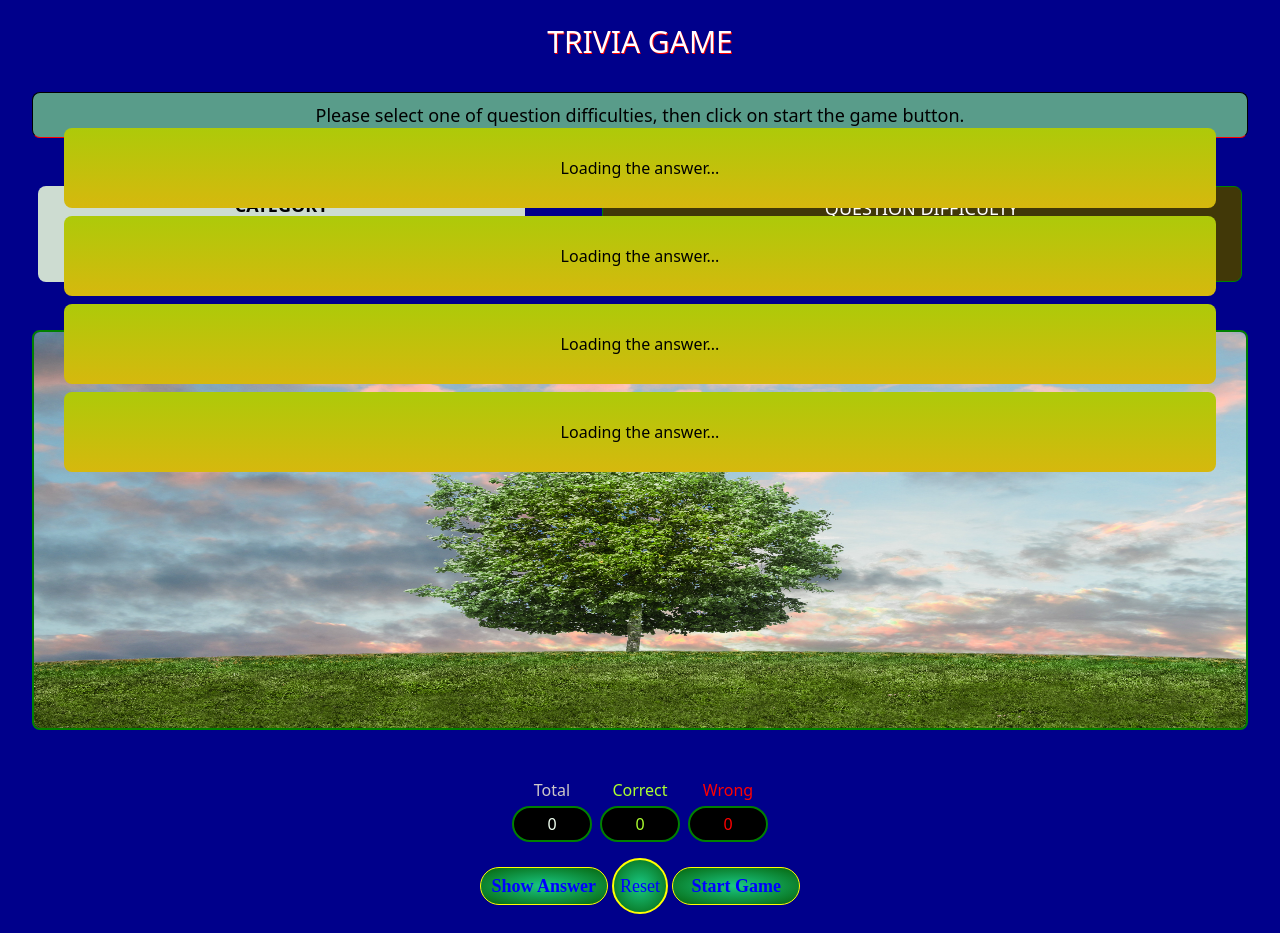
Repository: ShindanoSingi/bembe-trivia
Page: index.html
The author's editor kept a copy of each file at every save. The page is drawn from the files as they stood at one save, then again after the next save.
The browser window is 1280 px wide. The pictures show the whole page.
Some web libraries are served in a nearby version.

Above is the page before, as saved 2022-09-08 01:24:31.

### index.html
<!DOCTYPE html>
<html lang="en">

    <head>
        <meta charset="UTF-8">
        <meta http-equiv="X-UA-Compatible" content="IE=edge">
        <meta name="viewport" content="width=device-width, initial-scale=1.0">
        <link rel="stylesheet" href="style.css">
        <script src="https://cdn.tailwindcss.com"></script>
        <title>Trivia Game</title>
    </head>

    <body class="">
        <div class="containerBox max-h-[100vh] my-2 flex flex-col gap-[3rem]">
            <h1 class="text-center text-3xl relative top-4" >TRIVIA GAME</h1>
            <div class="questionBox text-center w-[95vw] md:text-lg h-[6.5rem] p-2 md:p-2 mx-auto rounded-lg">
                Please select one of question difficulties, then click on start the game button.
            </div>
            <div class="category-and-difficulty-container items-center justify-around flex">
                <div class="category-container w-[38vw] md:h-[6rem] h-[4.5rem] bg-[#CDDCD1] flex items-center flex-col py-[0.3rem] rounded-lg">
                    <div class="labelCategory text-sm md:text-lg font-bold md:font-bold text-black">CATEGORY</div>
                    <div class="category text-sm md:text-lg text-center p-1 rounded-lg">
                        Loading category...
                    </div>
                </div>
                <div class="qDifficultyBox w-[50vw] pb-1 rounded-lg items-center flex h-[4.5rem] md:h-[6rem] justify-around flex-col">
                        <div id="question" class="qCat md:text-lg text-sm">QUESTION DIFFICULTY</div>
                        <div class="difficulties-container md:flex md:space-x-6 flex gap-1">
                            <button class="difficulty px-1.5 md:w-[6rem] text-sm md:text-lg rounded-full" id="easy">Easy</button>
                            <button class="difficulty md:w-[6rem] px-1.5 rounded-full md:text-lg text-sm" id="medium">Medium</button>
                            <button class="difficulty md:w-[6rem] px-1.5 text-sm md:text-lg rounded-full" id="hard">Hard</button>
                    </div>
                </div>
            </div>
            <div class="imgAndQuestions">
                <img class="w-[95vw] h-[25rem] mx-auto" src="pexels-skitterphoto-9198.jpg" alt="nature image">
                <div class="answersButtons absolute md:absolute md:bottom-[15.5rem] bottom-[17.2rem] ml-[5vw] flex space-y-2 items-center  flex-col">
                    <button class="showAnswer w-[90vw] p-1 absolute bottom-[17rem] mx-auto text-sm h-[5rem]">Loading the answer...</button>
                    <button class="response w-[90vw] p-1 text-center text-md h-[5rem]" id="response1">Loading the answer...</button>
                    <button class="response w-[90vw] p-1 text-md h-[5rem]" id="response2">Loading the answer...</button>
                    <button class="response w-[90vw] p-1 text-md h-[5rem]" id="response3">Loading the answer...</button>
                    <button class="response w-[90vw] p-1 text-md h-[5rem]" id="response4">Loading the answer...</button>
                    </div>
                </div>

            <div id="bottomPart" class="flex  mx-auto flex-col items-center gap-4">
                <div class="labelsAndButtons relative left-1 flex space-x-2">
                    <div class="question-number flex flex-col items-center">
                        <p class="labels pb-1" id="labelQ">Total</p>
                        <div class="bottombuttons w-[5rem] text-center py-1" id="questionNumber">0</div>
                    </div>
                    <div class="correct-answers flex flex-col items-center">
                        <p class="labels pb-1" id="labelC">Correct</p>
                        <div class="bottombuttons w-[5rem] text-center py-1" id="correct">0</div>
                    </div>
                    <div class="wrong-answers flex flex-col items-center">
                        <p class="labels pb-1" id="labelW">Wrong</p>
                        <div class="bottombuttons w-[5rem] text-center py-1" id="wrong">0</div>
                    </div>
                    <div class="timerQuestionCorrectWrong"></div>
                </div>
                <div class="threeBottomButtons">
                    <button class="w-[8rem] text-lg py-1" id="showAnswer">Show Answer</button>
                    <button class="reset text-lg p-1 w-[3.5rem] h-[3.5rem] rounded-full">Reset</button>
                    <button class="startGame text-lg w-[8rem] py-1">Start Game</button>
                </div>
            </div>
            </div>
        <script src="./script.js"></script>
    </body>
</html>

### style.css

/* iPhone 8 and smaller */

    /*  Set h1 text to red */
    h1 {
        color: #fff;
        text-shadow: 0.05rem 0.05rem red;
    }

    /* The box containing the question */
    .questionBox {
        color: rgb(0, 0, 0);
        border: 0.02rem solid;
        background-color: rgb(89, 156, 138);
        border-bottom-color: red;
    }

    /* Label for category */
    .labelCategory {
        color: white;
    }

    /* The show answer message box */
    .showAnswer {
        color: honeydew;
        visibility: hidden;
        border: 0.1rem solid green;
        border-radius: 0.5rem;
        background-color:rgb(2, 27, 3);
    }
    /*  Individual difficulty button */
    .difficulty {
        background-image: linear-gradient(rgb(16, 221, 142), rgb(4, 58, 7));
        border: 0.2rem solid rgb(21, 139, 35);
        color: white;
    }

    /*  Class containing all difficulty buttons */
    .difficulties-container {
        border-color: green;
    }
    /* The box containing difficulty buttons */
    .qDifficultyBox {
        border: 0.14vh solid green;
        background-color: rgb(65, 56, 8);
        color: white;
    }

    /* image */
    img {
        border: 0.15rem solid green;
        border-radius: 0.5rem;
    }
    /* all response buttons */
    .response {
        border-color: green;
        background-image: linear-gradient(rgb(173, 202, 9), rgb(214, 184, 14));
        color: black;
        border-radius: 0.5rem;
    }
    /* All response buttons */
    .response:hover {
        background-image: linear-gradient(rgb(32, 90, 165), rgb(72, 168, 192));
    }

    /* Show answer button */
    #showAnswer {
        color: blue;
        border: 0.54vh solid green;
        border: 0.27vh solid yellow;
        border-radius: 20rem;
        font-family: cursive;
        font-weight: bold;
        background-image: radial-gradient(rgb(25, 201, 133), rgb(6, 99, 10));
    }
    #showAnswer:hover {
        background-image: radial-gradient(rgb(201, 25, 25), rgb(93, 99, 6));
        color: white;
    }
    /* Start game button */
    .startGame {
        color: blue;
        border: 0.54vh solid green;
        border: 0.27vh solid yellow;
        border-radius: 20rem;
        font-family: cursive;
        font-weight: bold;
        background-image: radial-gradient(rgb(25, 201, 133), rgb(6, 99, 10));
    }
    /* Start game button */
    .startGame:hover {
        background-image: radial-gradient(rgb(201, 25, 25), rgb(93, 99, 6));
        color: white;
    }
    /* Reset button */
    .reset {
        color: blue;
        border: 0.5rem solid green;
        border: 0.15rem solid yellow;
        font-family: cursive;
        background-image: radial-gradient(rgb(25, 201, 133), rgb(6, 99, 10));
    }
    /* Reset button */
    .reset:hover {
        background-image: radial-gradient(rgb(201, 25, 25), rgb(93, 99, 6));
        color: white;
    }

    /* Class containing the 3 bottom labels  (total questions, correct answers and wrong answers) */
    .question-number {
        color: rgb(205, 200, 200);
    }

    .correct-answers {
        color: greenyellow;
    }

    .wrong-answers {
        color: red;
    }

    /* The bottom boxes for total question number, correct answers and wrong answers */
    .bottombuttons {
        border: 0.15rem solid green;
        background-color: black;
        color: honeydew;
        border-radius: 2rem;
    }

    /* Set the wrong anser to red */
    #wrong {
        color: rgb(255, 0, 0);
    }
    /* Set the correct anser to green */
    #correct {
        color: greenyellow;
    }

    /* Change the color when "easy" button is hovered over */
    #easy:hover {
        background-image: linear-gradient(rgb(202, 9, 9), rgb(214, 184, 14));
    }
    /* Change the color when "easy" button is hovered over */
    #medium:hover {
        background-image: linear-gradient(rgb(202, 9, 9), rgb(214, 184, 14));
    }
    /* Change the color when "easy" button is hovered over */
    #hard:hover {
        background-image: linear-gradient(rgb(202, 9, 9), rgb(214, 184, 14));
    }

    body {
      background-color: darkblue;
    }

### script.js
// Declaring variables

// Capture win window
let winWindow = document.querySelector('.win');

// Declae win reset button
let winResetButton = document.querySelector('.winReset');

// define lose reset button
let loseResetButton = document.querySelector('.loseReset');

// define lose window
let loseWindow = document.querySelector('.lose');

// define win image
let winImage = document.querySelector('.winImage')

// define a message if the payer loses the game
let loseMessage = document.querySelector('#losePar');

// define
let video = document.querySelector('#myVideo');

// Get Body content
let body = document.querySelector('body');

// This will hold category information
let category = document.querySelector('.category');

// This will hold the question
let question = document.querySelector('.questionBox');

// This is for all response buttons
let answerButtons = document.querySelector('.answersButtons');

// Define difficulty buttons
let difficultyButtons = document.querySelector('.difficulties-container');

// Define image
let image = document.querySelector('img');

// Define audio button
let audioButton = document.querySelector('.audio');

// Declaring individual difficulty buttons
let easyButton = document.querySelector('#easy');
let mediumButton = document.querySelector('#medium');
let hardButton = document.querySelector('#hard');

// This is for individual responses
let response1 = document.querySelector('#response1');
let response2 = document.querySelector('#response2');
let response3 = document.querySelector('#response3');
let response4 = document.querySelector('#response4');

// Define the total number of questions' box.
let totNumQuestionsBox = document.querySelector('#questionNumber');

// This will hold number of correct answers
let cAnswer = document.querySelector('#correct');

// This will hold number of wrong answers
let wAnswer = document.querySelector('#wrong');

// Define the "show answer" button
let showAnswerButton = document.querySelector('#showAnswer');

let corrAnswer;

// Create new audio objects
// Code source: https://www.w3schools.com/jsref/met_audio_play.asp
let audio = new Audio('general-logo-13395.mp3');

let questionscoreCount = 0;
let correctAnswerScoreCount = 0;
let wrongAnswerscoreCount = 0;
let scoreCount = 0;
let clear = '';
let difficulty = '';

// Set winning scoreCount
let winningscoreCount = 6;

let highscoreCount = 0;

let startGame = document.querySelector('.startGame');

// Takes the response from fetch
let triviaQuestion;

// Define a global url which will be accessed by multiple functions
let url;

// Array of all Images/jpg
// https://www.pexels.com/search/environment/
let arrayImages = [];
arrayImages.push('pexels-ákos-szabó-440731.jpg');
arrayImages.push('pexels-atikul-haque-rafat-679598.jpg');
arrayImages.push('pexels-felix-mittermeier-957024.jpg');
arrayImages.push('pexels-ian-turnell-709552.jpg');
arrayImages.push('pexels-karolina-grabowska-5750182.jpg');
arrayImages.push('pexels-mahima-1250260.jpg');
arrayImages.push('pexels-mali-maeder-142497.jpg');
arrayImages.push('pexels-matthias-cooper-580900.jpg');
arrayImages.push('pexels-min-an-1131458.jpg');
arrayImages.push('pexels-minamarie-michell-570041.jpg');
arrayImages.push('pexels-olya-kobruseva-5236397.jpg');
arrayImages.push('pexels-pixabay-33044.jpg');
arrayImages.push('pexels-pixabay-221012.jpg');
arrayImages.push('pexels-pixabay-235615.jpg');
arrayImages.push('pexels-pixabay-259280.jpg');
arrayImages.push('pexels-pixabay-302804.jpg');
arrayImages.push('pexels-pixabay-414090.jpg');
arrayImages.push('pexels-pixabay-459225.jpg');
arrayImages.push('pexels-pixabay-459225.jpg');
arrayImages.push('pexels-pixabay-460621.jpg');
arrayImages.push('pexels-scott-webb-1048033.jpg');
arrayImages.push('pexels-skitterphoto-9198.jpg');
arrayImages.push('pexels-sohail-na-807598.jpg');

// for correct and wrong answer song; source code:
// https://www.dreamstime.com/stock-music-sound-effect/wrong-answer-answer.html

// Reset the game when the "Reset" button is clicked
let resetButton = document.querySelector('.reset');
resetButton.addEventListener('click', () => {

    // Code source: https://www.w3schools.com/jsref/met_audio_play.asp
    audio.volume = 0.2;

    // Refresh the page/window
    window.location.reload();
});

// Assign color to all answer buttons and call "play" function
let startButton = () => {

    // Increament the score count.
    scoreCount++;

    // Select all responses buttons.
    let responses = document.querySelectorAll('.response');
    responses.forEach(response => {
        response.style.backgroundImage = 'linear-gradient(rgb(173, 202, 9), rgb(57, 14, 214));'
    })

    // When the "Start The Game" button is presNexted, Call "play" function
    play();
}

// Select difficulty buttons
difficultyButtons.addEventListener('click', e => {

    // Target the element/button by its id.
    difficulty = e.target.id;

    // Only change the color "easy" button is selected, then enable "Start The Game"
    if (difficulty === 'easy') {

        // Only change the background of "easy button" to a different color, and let other bottons'
        // colors unchanged.
        e.target.style.backgroundImage = 'linear-gradient(rgb(9, 25, 202), rgb(81, 14, 214))';
        mediumButton.style.backgroundImage = `linear-gradient(rgb(16, 221, 142), rgb(4, 58, 7))`;
        hardButton.style.backgroundImage = `linear-gradient(rgb(16, 221, 142), rgb(4, 58, 7))`;

        // Start the Game when "Start The Game" is clicked
        let startGame = document.querySelector('.startGame');
        startGame.addEventListener('click', () => {
            startButton();
        });
    }

    // Only change the color "medium" button is selected, then enable "Start The Game"
    else if (difficulty === 'medium') {

        // Only change the background of "medium button" to a different color, and let other bottons'
        // colors unchanged.
        e.target.style.backgroundImage = 'linear-gradient(rgb(9, 25, 202), rgb(81, 14, 214))';
        easyButton.style.backgroundImage = `linear-gradient(rgb(16, 221, 142), rgb(4, 58, 7))`;
        hardButton.style.backgroundImage = `linear-gradient(rgb(16, 221, 142), rgb(4, 58, 7))`;

        // Start the Game when "Start The Game" is clicked
        startGame.addEventListener('click', () => {
            startButton();
        });
    }

    // Only change the color "hard" button is selected, then enable "Start The Game"
    else if (difficulty === 'hard') {

        // Only change the background of "hard button" to a different color, and let other bottons'
        // colors unchanged.
        e.target.style.backgroundImage = 'linear-gradient(rgb(9, 25, 202), rgb(81, 14, 214))';
        mediumButton.style.backgroundImage = `linear-gradient(rgb(16, 221, 142), rgb(4, 58, 7))`;
        easyButton.style.backgroundImage = `linear-gradient(rgb(16, 221, 142), rgb(4, 58, 7))`;



        // Start the Game when "Start The Game" is clicked
        startGame.addEventListener('click', () => {
            startButton();
        });
    }

    // Return the value of the chosen difficulty button.
    return difficulty;
})



// Play the game when the start game button is click.
function play() {

    // Define and get a random number
    // Source: https://www.w3schools.com/jsref/jsref_random.asp
    let randomQuestion = Math.floor(Math.random() * 10 + 9);

    // Get the question from the API
    // Source: https://opentdb.com/api_config.php
    url = `https://opentdb.com/api.php?amount=50&difficulty=${difficulty}&type=multiple`

    // Define an empty array that will hold the correct answer and 3 wrong answers
    let arr = [];

    // fetch the the result for the above url.
    fetch(url)
        .then(res => {
            return res.json()
        })

        .then(res => {

            triviaQuestion = res;

            // Capture the correct from the response
            corrAnswer = res.results[0].correct_answer;

            arr.push(res.results[0].correct_answer);
            arr.push(res.results[0].incorrect_answers[0])
            arr.push(res.results[0].incorrect_answers[2])
            arr.push(res.results[0].incorrect_answers[1])

            category.innerHTML = res.results[0].category
            question.innerHTML = res.results[0].question

            // Assigning answers to answers buttons
            response1.innerHTML = arr[0];
            response2.innerHTML = arr[1];
            response3.innerHTML = arr[2];
            response4.innerHTML = arr[3];

            // Shuffling the array to avoid answers pattern.
            for (let i = arr.length - 1; i > 0; i--) {
                let j = Math.floor(Math.random() * (i + 1))

                let tempNum = arr[i];
                arr[i] = arr[j];
                arr[j] = tempNum;
            }
        })
}


// Track the clicking event of each answerButton
answerButtons.addEventListener('click', (event) => {

    // Check if the selected answer is equal to correct answer
    if (event.target.innerText === triviaQuestion.results[0].correct_answer) {

        // Increment total number of question
        scoreCount++;

        // Increament the the number of correct answers.
        correctAnswerScoreCount++;

        // Write the correct answer in the correct answer box
        cAnswer.innerText = correctAnswerScoreCount;

        for (let i = arrayImages.length - 1; i > 0; i--) {
            let j = Math.floor(Math.random() * (i + 1))

            let tempNum = arrayImages[i];
            arrayImages[i] = arrayImages[j];
            arrayImages[j] = tempNum;
        }

        // Play a random video
        image.src = arrayImages[1];

        // Set the background of the correct answer to green
        event.target.style.backgroundImage = `linear-gradient(rgb(0, 255, 106),
        rgb(9, 106, 28))`;

        // Call the next question
        nextQuestion()
    }

    // Check if the selected answer is not equal to the correct answer
    else if (event.target.innerText !== triviaQuestion.results[0].correct_answer) {

        // Play this audio if the answer is incorrect
        let audioWrongAnswer = new Audio('wrongAnswer.mp3');


        for (let i = arrayImages.length - 1; i > 0; i--) {
            let j = Math.floor(Math.random() * (i + 1))

            let tempNum = arrayImages[i];
            arrayImages[i] = arrayImages[j];
            arrayImages[j] = tempNum;
        }

        // Play a random video
        image.src = arrayImages[0];

        // Incremment scoreCount
        scoreCount++;

        // Increament the the number of incorrect answers.
        wrongAnswerscoreCount++;

        // Set the background of the correct answer to red
        event.target.style.backgroundImage = 'linear-gradient(rgb(220, 7, 7), #fa0a0a)';

        // Write the incorrect answer in the wrong answer box
        wAnswer.innerHTML = wrongAnswerscoreCount;
    }

    // Call the next question
    nextQuestion();
})

// Refresh the window reset all numbers to 0 and all texts to empty.
function refreshWindow() {
    window.location.reload()
}

// This function runs when the player calls for the next question.
function nextQuestion() {


    // Source: https://www.w3schools.com/jsref/jsref_random.asp
    let randomQuestions = Math.floor(Math.random() * 10 + 9);

    let urlNext = `https://opentdb.com/api.php?amount=1&category=${randomQuestions}&type=multiple`

    let arrNext = [];

    fetch(urlNext)
        .then(resNext => {
            return resNext.json()
        })

        .then(resNext => {

            // Capture the correct from the response
            corrAnswer = resNext.results[0].correct_answer;

            // Assign the response from fetch to triviaQuestion
            triviaQuestion = resNext;

            arrNext.push(resNext.results[0].correct_answer);
            arrNext.push(resNext.results[0].incorrect_answers[0])
            arrNext.push(resNext.results[0].incorrect_answers[2])
            arrNext.push(resNext.results[0].incorrect_answers[1])

            // Shuffling the array to avoid answers pattern.
            // source: https://www.geeksforgeeks.org/how-to-shuffle-an-array-using-javascript/

            for (let i = arrNext.length - 1; i > 0; i--) {
                let j = Math.floor(Math.random() * (i + 1))

                let tempNums = arrNext[i];
                arrNext[i] = arrNext[j];
                arrNext[j] = tempNums;
            }

            // Assigning original coloanswers to answers buttons
            response1.innerHTML = arrNext[0];
            response1.style.backgroundImage = 'linear-gradient(rgb(173, 202, 9), rgb(57, 14, 214))'

            response2.innerHTML = arrNext[1];
            response2.style.backgroundImage = 'linear-gradient(rgb(173, 202, 9), rgb(57, 14, 214))'

            response3.innerHTML = arrNext[2];
            response3.style.backgroundImage = 'linear-gradient(rgb(173, 202, 9), rgb(57, 14, 214))'

            response4.innerHTML = arrNext[3];
            response4.style.backgroundImage = 'linear-gradient(rgb(173, 202, 9), rgb(57, 14, 214))'

            category.innerHTML = resNext.results[0].category
            question.innerHTML = resNext.results[0].question

            console.log(resNext.results[0])

        })
}

// Display the answer if the "show Andwer" button is clicked for 1 second, then hide the answer.
showAnswerButton.addEventListener('click', () => {
    let answerBox = document.querySelector('.showAnswer');

    setTimeout(function () {
        answerBox.style.visibility = 'visible';
        answerBox.style.zIndex = '100';

        answerBox.innerHTML = corrAnswer;
        //Hide the answer
        setTimeout(function () {
            answerBox.style.visibility = 'hidden';

        }, 1000)
    }, 1000)

    if (answerBox.innerHTML === 'undefined') {
        answerBox.innerHTML = "Loading the answer...";
    }
    else {
        answerBox.innerHTML = "Loading the answer...";
    }
})

After the next save:
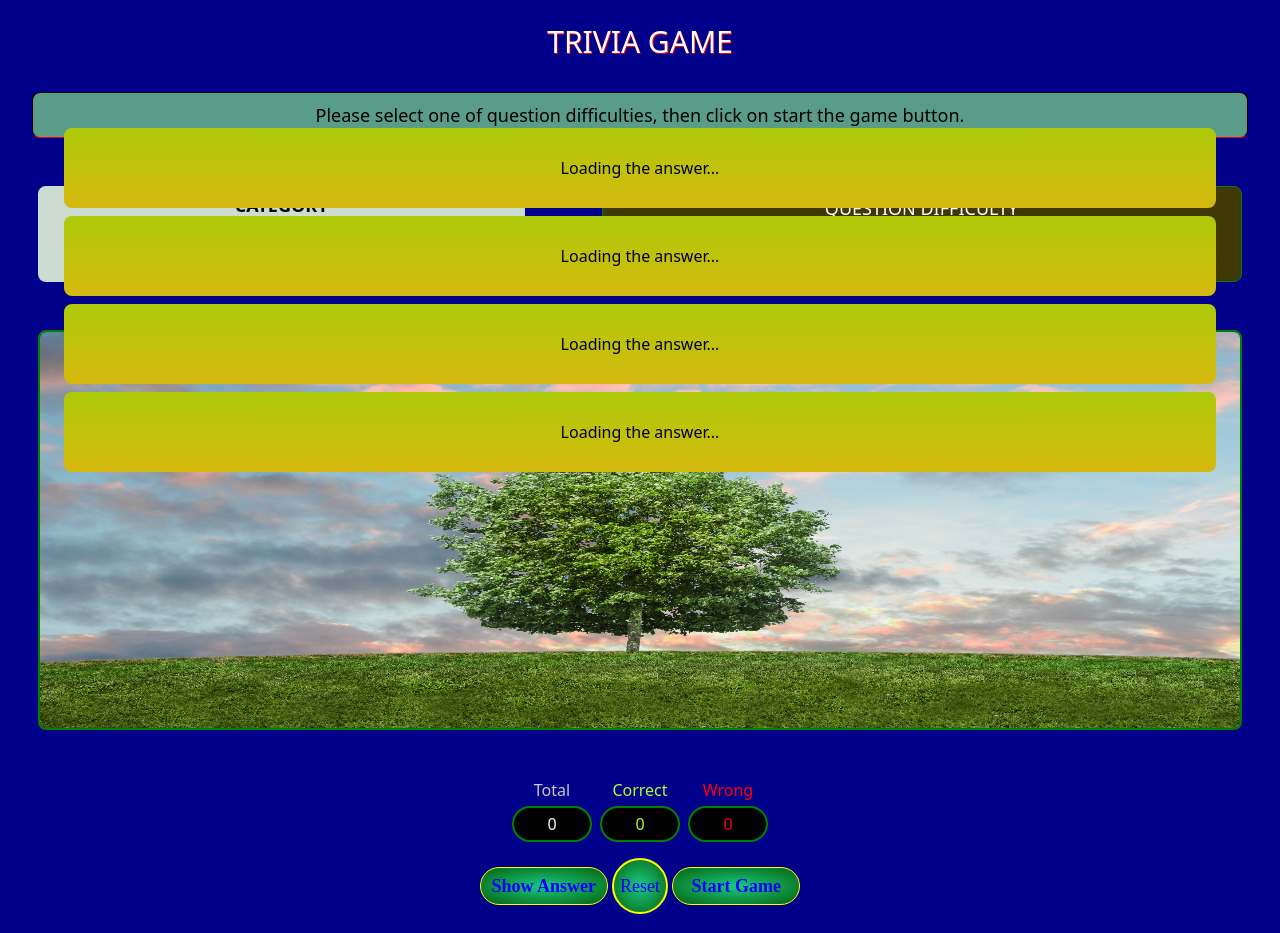
Saved 76 s later.
--- a/index.html
+++ b/index.html
@@ -33,7 +33,7 @@
                 </div>
             </div>
             <div class="imgAndQuestions">
-                <img class="w-[95vw] h-[25rem] mx-auto" src="pexels-skitterphoto-9198.jpg" alt="nature image">
+                <img class="w-[94vw] h-[25rem] mx-auto" src="pexels-skitterphoto-9198.jpg" alt="nature image">
                 <div class="answersButtons absolute md:absolute md:bottom-[15.5rem] bottom-[17.2rem] ml-[5vw] flex space-y-2 items-center  flex-col">
                     <button class="showAnswer w-[90vw] p-1 absolute bottom-[17rem] mx-auto text-sm h-[5rem]">Loading the answer...</button>
                     <button class="response w-[90vw] p-1 text-center text-md h-[5rem]" id="response1">Loading the answer...</button>
